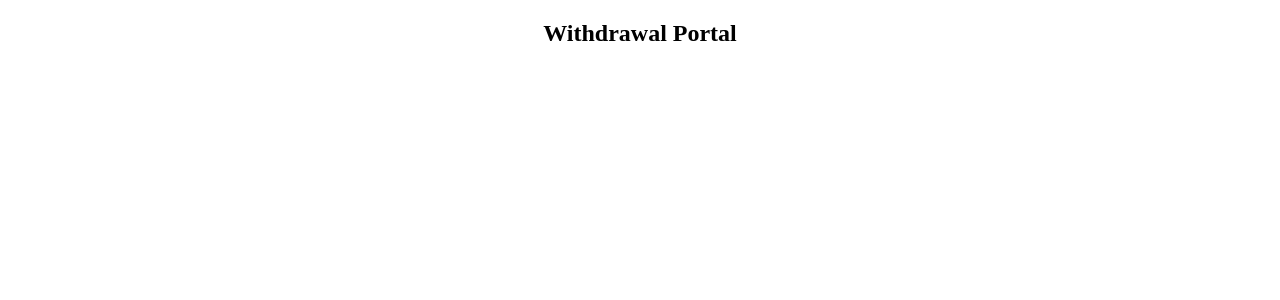
Repository: abhinavan/BankAccountProject
Page: http://localhost/BankAccountProject/withdrawalPage.jsp
The author's editor kept a copy of each file at every save. The page is drawn from the files as they stood at one save, then again after the next save.
The browser window is 1280 px wide. The pictures show the whole page.
The page is served by Tomcat 9. Other server files are loaded and not shown.

Above is the page before, as saved 2016-08-10 11:43:22.

### BankAccountProject/WebContent/withdrawalPage.jsp
<%@ page language="java" contentType="text/html; charset=ISO-8859-1"
    pageEncoding="ISO-8859-1"%>
<!DOCTYPE html PUBLIC "-//W3C//DTD HTML 4.01 Transitional//EN" "http://www.w3.org/TR/html4/loose.dtd">
<html>
<head>
<meta http-equiv="Content-Type" content="text/html; charset=ISO-8859-1">
<title>Insert title here</title>
</head>
<body>
<h2 align="center">Withdrawal Portal</h2>
<% %>
</body>
</html>

After the next save:
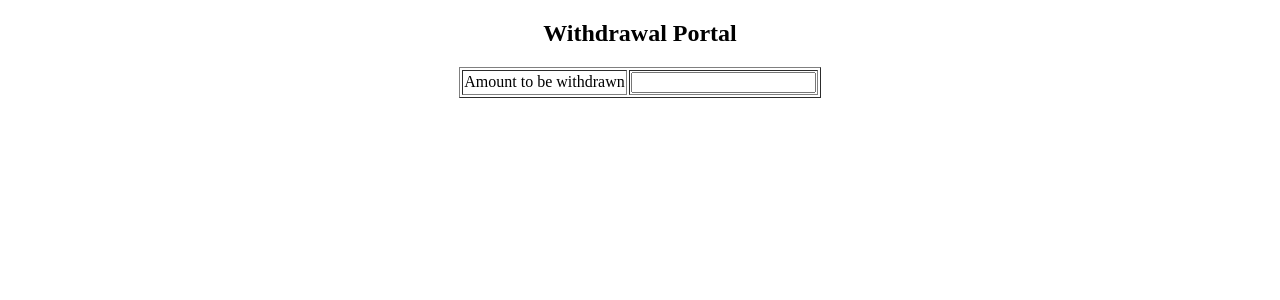
Saved 2 min 34 s later.
--- a/BankAccountProject/WebContent/withdrawalPage.jsp
+++ b/BankAccountProject/WebContent/withdrawalPage.jsp
@@ -8,6 +8,13 @@
 </head>
 <body>
 <h2 align="center">Withdrawal Portal</h2>
-<% %>
+<table align="center" border="1">
+<tr>
+<td>Amount to be withdrawn</td>
+<td><input type="number" name="balance"/></td>
+ </tr>
+</table>
+<%
+%>
 </body>
 </html>
